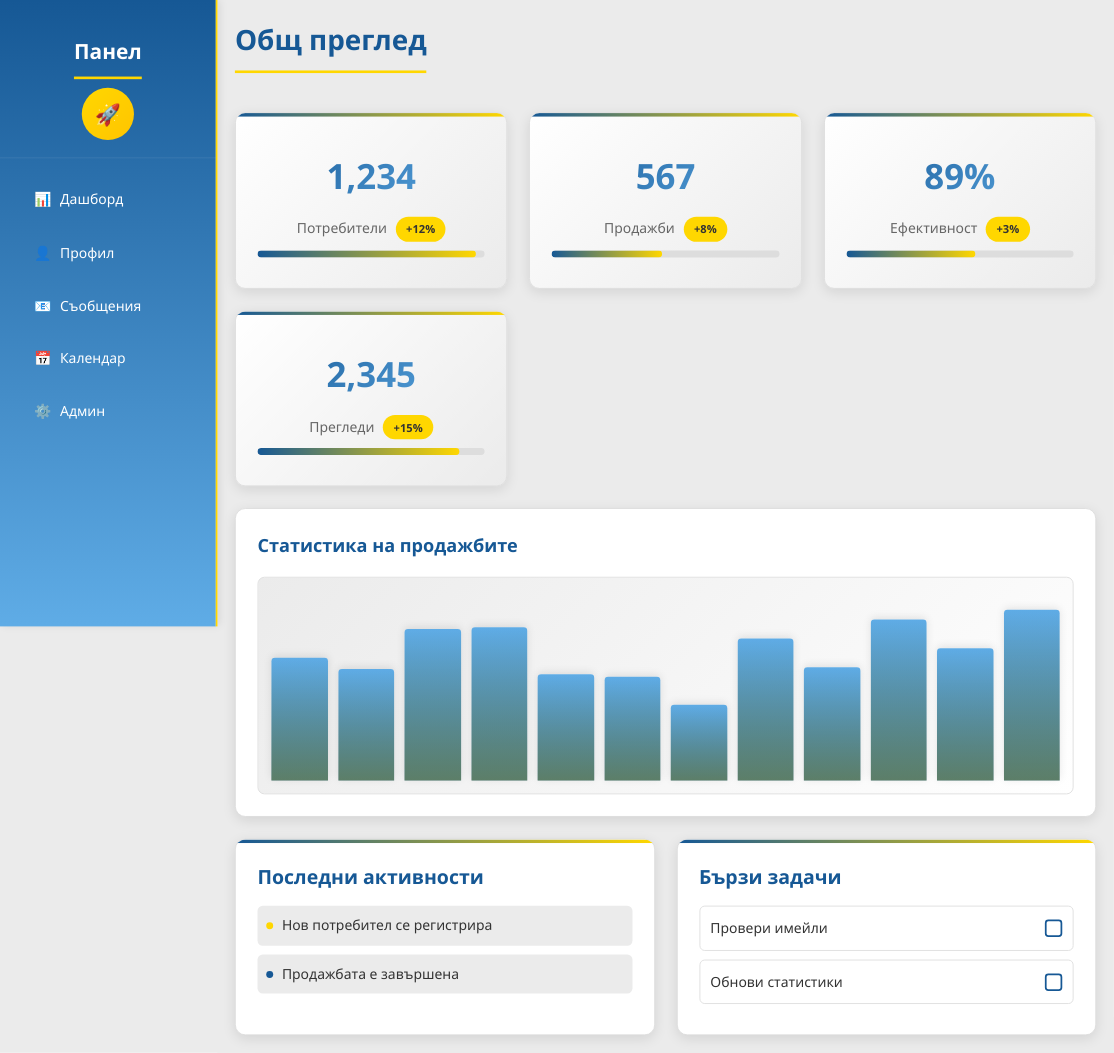
Repository: BorisSavianov/doxa-frontend
Page: /
An editor plug-in stored every save of this project. The page is shown before and after the next save, followed by the edit.
The browser window is 1280 px wide. The pictures show the whole page, at 87% of full size.
The project was rebuilt for these pictures with package versions that can differ from the ones it lists, and the page was loaded fresh each time. Also part of the build but not shown: vite.config.js, src/components/Layout/Header.jsx, src/pages/Profile.jsx, src/pages/Inbox.css, src/pages/Inbox.jsx, src/pages/Calendar.css, src/pages/Calendar.jsx, src/pages/Admin.jsx.

Above is the page before, as saved 2025-10-24 14:07:22.

### index.html
<!doctype html>
<html lang="en">
  <head>
    <meta charset="UTF-8" />
    <link rel="icon" type="image/svg+xml" href="/vite.svg" />
    <meta name="viewport" content="width=device-width, initial-scale=1.0" />
    <title>vtu</title>
  </head>
  <body>
    <div id="root"></div>
    <script type="module" src="/src/main.jsx"></script>
  </body>
</html>

### src/main.jsx
import React from 'react'
import ReactDOM from 'react-dom/client'
import { createBrowserRouter, RouterProvider } from 'react-router-dom'
import { ThemeProvider } from './contexts/ThemeContext'
import { LanguageProvider } from './contexts/LanguageContext'
import Layout from './components/Layout/Layout'
import Dashboard from './pages/Dashboard'
import Profile from './pages/Profile'
import Inbox from './pages/Inbox'
import Calendar from './pages/Calendar'
import Admin from './pages/Admin'
import './index.css'

const router = createBrowserRouter([
  {
    path: "/",
    element: <Layout />,
    children: [
      {
        index: true,
        element: <Dashboard />,
      },
      {
        path: "dashboard",
        element: <Dashboard />,
      },
      {
        path: "profile",
        element: <Profile />,
      },
      {
        path: "inbox",
        element: <Inbox />,
      },
      {
        path: "calendar",
        element: <Calendar />,
      },
      {
        path: "admin",
        element: <Admin />,
      },
    ],
  },
], {
  future: {
    v7_startTransition: true,
    v7_relativeSplatPath: true,
  },
});

function App() {
  return (
    <ThemeProvider>
      <LanguageProvider>
        <RouterProvider router={router} />
      </LanguageProvider>
    </ThemeProvider>
  )
}

ReactDOM.createRoot(document.getElementById('root')).render(
  <React.StrictMode>
    <App />
  </React.StrictMode>,
)

### src/contexts/LanguageContext.jsx
import React, { createContext, useContext, useState } from 'react'
import { useLocalStorage } from '../hooks/useLocalStorage'

const LanguageContext = createContext()

export const useLanguage = () => {
  const context = useContext(LanguageContext)
  if (!context) {
    throw new Error('useLanguage must be used within a LanguageProvider')
  }
  return context
}

export const LanguageProvider = ({ children }) => {
  const [isEnglish, setIsEnglish] = useLocalStorage('language', false)

  const toggleLanguage = () => {
    setIsEnglish(prev => !prev)
  }

  const t = (bg, en) => {
    return isEnglish ? en : bg
  }

  const value = {
    isEnglish,
    toggleLanguage,
    t
  }

  return (
    <LanguageContext.Provider value={value}>
      {children}
    </LanguageContext.Provider>
  )
}

// В LanguageContext.jsx, добави следния код в t функцията или създай нова:
const calendarLocales = {
  bg: {
    buttonText: {
      today: 'Днес',
      month: 'Месец',
      week: 'Седмица',
      day: 'Ден',
      list: 'Списък'
    },
    allDayText: 'Цял ден',
    noEventsText: 'Няма събития'
  },
  en: {
    buttonText: {
      today: 'Today',
      month: 'Month',
      week: 'Week',
      day: 'Day',
      list: 'List'
    },
    allDayText: 'All day',
    noEventsText: 'No events'
  }
}

// Актуализирай t функцията или добави нова:
const getCalendarLocale = () => {
  return isEnglish ? calendarLocales.en : calendarLocales.bg
}

### src/components/Layout/Layout.jsx
import React from 'react'
import { Outlet } from 'react-router-dom'
import { useTheme } from '../../contexts/ThemeContext'
import Header from './Header'
import Sidebar from './Sidebar'
import '../../styles/globals.css'

const Layout = () => {
  const { isDark } = useTheme()

  return (
    <div className={`app ${isDark ? 'dark' : 'light'}`}>
      <Sidebar />
      <div className="main-content">

        <Outlet />
      </div>
    </div>
  )
}

export default Layout

### src/pages/Dashboard.jsx
import React from 'react'
import { useLanguage } from '../contexts/LanguageContext'
import SimpleChart from '../components/Charts/SimpleChart'

const Dashboard = () => {
  const { t } = useLanguage()

  const stats = [
    { number: '1,234', label: t('Потребители', 'Users'), trend: '+12%' },
    { number: '567', label: t('Продажби', 'Sales'), trend: '+8%' },
    { number: '89%', label: t('Ефективност', 'Efficiency'), trend: '+3%' },
    { number: '2,345', label: t('Прегледи', 'Views'), trend: '+15%' }
  ]

  return (
    <div>
      <h2>{t('Общ преглед', 'Overview')}</h2>

      <div className="dashboard-grid">
        {stats.map((stat, index) => (
          <div key={index} className="card stat-card">
            <div className="stat-number">{stat.number}</div>
            <div className="stat-label">
              {stat.label}
              <span className="badge">{stat.trend}</span>
            </div>
            <div className="progress-bar">
              <div
                className="progress-fill"
                style={{ width: `${Math.random() * 60 + 40}%` }}
              ></div>
            </div>
          </div>
        ))}
      </div>

      <div className="chart-container">
        <h3>{t('Статистика на продажбите', 'Sales Statistics')}</h3>
        <SimpleChart />
      </div>

      <div className="dashboard-grid" style={{ marginTop: '25px' }}>
        <div className="card">
          <h3>{t('Последни активности', 'Recent Activities')}</h3>
          <div style={{ marginTop: '15px' }}>
            <div style={{ display: 'flex', alignItems: 'center', marginBottom: '10px', padding: '10px', background: 'var(--background)', borderRadius: '6px' }}>
              <div style={{ width: '8px', height: '8px', background: 'var(--accent)', borderRadius: '50%', marginRight: '10px' }}></div>
              <span>{t('Нов потребител се регистрира', 'New user registered')}</span>
            </div>
            <div style={{ display: 'flex', alignItems: 'center', marginBottom: '10px', padding: '10px', background: 'var(--background)', borderRadius: '6px' }}>
              <div style={{ width: '8px', height: '8px', background: 'var(--primary)', borderRadius: '50%', marginRight: '10px' }}></div>
              <span>{t('Продажбата е завършена', 'Sale completed')}</span>
            </div>
          </div>
        </div>

        <div className="card">
          <h3>{t('Бързи задачи', 'Quick Tasks')}</h3>
          <div style={{ marginTop: '15px' }}>
            <div style={{ display: 'flex', justifyContent: 'space-between', alignItems: 'center', marginBottom: '10px', padding: '12px', border: '1px solid var(--border)', borderRadius: '6px' }}>
              <span>{t('Провери имейли', 'Check emails')}</span>
              <div style={{ width: '20px', height: '20px', border: '2px solid var(--primary)', borderRadius: '4px' }}></div>
            </div>
            <div style={{ display: 'flex', justifyContent: 'space-between', alignItems: 'center', marginBottom: '10px', padding: '12px', border: '1px solid var(--border)', borderRadius: '6px' }}>
              <span>{t('Обнови статистики', 'Update statistics')}</span>
              <div style={{ width: '20px', height: '20px', border: '2px solid var(--primary)', borderRadius: '4px' }}></div>
            </div>
          </div>
        </div>
      </div>
    </div>
  )
}

export default Dashboard

### src/index.css
:root {
  font-family: Inter, system-ui, Avenir, Helvetica, Arial, sans-serif;
  line-height: 1.5;
  font-weight: 400;
}

body {
  margin: 0;
  display: flex;
  place-items: center;
  min-width: 320px;
  min-height: 100vh;
}

#root {
  width: 100%;
  margin: 0 auto;
}

### src/components/Layout/Sidebar.jsx
import React from 'react'
import { NavLink } from 'react-router-dom'
import { useLanguage } from '../../contexts/LanguageContext'

const Sidebar = () => {
  const { t } = useLanguage()

  const menuItems = [
    { path: '/dashboard', label: t('Дашборд', 'Dashboard'), icon: '📊' },
    { path: '/profile', label: t('Профил', 'Profile'), icon: '👤' },
    { path: '/inbox', label: t('Съобщения', 'Inbox'), icon: '📧' },
    { path: '/calendar', label: t('Календар', 'Calendar'), icon: '📅' },
    { path: '/admin', label: t('Админ', 'Admin'), icon: '⚙️' }
  ]

  return (
    <aside className="sidebar">
      <div style={{ padding: '20px', textAlign: 'center', borderBottom: '1px solid rgba(255,255,255,0.1)' }}>
        <h2 style={{ color: 'white', fontSize: '1.5rem', marginBottom: '10px' }}>
          {t('Панел', 'Panel')}
        </h2>
        <div style={{
          width: '60px',
          height: '60px',
          background: 'linear-gradient(135deg, var(--accent), #FFC400)',
          borderRadius: '50%',
          margin: '0 auto',
          display: 'flex',
          alignItems: 'center',
          justifyContent: 'center',
          fontSize: '1.5rem'
        }}>
          🚀
        </div>
      </div>

      <nav style={{ marginTop: '20px' }}>
        <ul>
          {menuItems.map((item) => (
            <li key={item.path}>
              <NavLink
                to={item.path}
                className={({ isActive }) => isActive ? 'active' : ''}
              >
                <span style={{ marginRight: '10px' }}>{item.icon}</span>
                {item.label}
              </NavLink>
            </li>
          ))}
        </ul>
      </nav>
    </aside>
  )
}

export default Sidebar

### src/components/Charts/SimpleChart.jsx
import React from 'react'

const SimpleChart = () => {
  const data = [65, 59, 80, 81, 56, 55, 40, 75, 60, 85, 70, 90]

  return (
    <div className="simple-chart">
      {data.map((value, index) => (
        <div
          key={index}
          className="chart-bar"
          style={{ height: `${value}%` }}
          title={`Value: ${value}`}
        />
      ))}
    </div>
  )
}

export default SimpleChart

### src/pages/Profile.css
.profile-page {
  min-height: calc(100vh - 100px);
  background: var(--background);
}

/* Profile Header */
.profile-header {
  position: relative;
  background: linear-gradient(135deg, var(--primary), var(--secondary));
  border-radius: 0 0 30px 30px;
  padding: 40px 20px 40px;
  margin-bottom: 30px;
  overflow: hidden;
}

.profile-background {
  position: absolute;
  top: 0;
  left: 0;
  right: 0;
  bottom: 0;
  background: url('data:[embedded picture, 159 characters]') bottom center no-repeat;
  background-size: cover;
}

.background-overlay {
  position: absolute;
  top: 0;
  left: 0;
  right: 0;
  bottom: 0;
  background: rgba(0, 0, 0, 0.1);
}

.profile-info {
  position: relative;
  z-index: 2;
  display: flex;
  justify-content: space-between;
  align-items: flex-start;
  max-width: 1200px;
  margin: 0 auto;
  gap: 30px;
}

.main-profile-section {
  display: flex;
  align-items: flex-start;
  gap: 30px;
  flex: 1;
}

/* Large Avatar */
.large-avatar-container {
  position: relative;
  margin-top: 60px;
  margin-right: 7px;
}

.large-profile-avatar {
  width: 250px;
  height: 250px;
  border-radius: 50%;
  border: 6px solid white;
  background: var(--surface);
  box-shadow: 0 15px 40px rgba(0, 0, 0, 0.3);
  object-fit: cover;
}

.avatar-edit-btn.large {
  position: absolute;
  bottom: 15px;
  right: 15px;
  width: 50px;
  height: 50px;
  border-radius: 50%;
  background: var(--accent);
  border: none;
  color: #333333;
  cursor: pointer;
  display: flex;
  align-items: center;
  justify-content: center;
  box-shadow: 0 6px 20px rgba(0, 0, 0, 0.3);
  transition: var(--transition);
  font-weight: bold;
}

.avatar-edit-btn.large:hover {
  background: #FFC400;
  transform: scale(1.1);
}

.profile-main-info {
  flex: 1;
  padding-top: 20px;
}

.name-title-section h1 {
  color: white;
  font-size: 2.8rem;
  margin-bottom: 8px;
  text-shadow: 2px 2px 4px rgba(0, 0, 0, 0.3);
  font-weight: 700;
}

.position {
  color: rgba(255, 255, 255, 0.95);
  font-size: 1.4rem;
  margin-bottom: 8px;
  font-weight: 500;
}

.university {
  color: rgba(255, 255, 255, 0.85);
  font-size: 1.2rem;
  margin-bottom: 25px;
  font-weight: 400;
}

/* Profile Stats */


.profile-actions {
  padding-top: 20px;
}

.edit-btn {
  background: var(--accent);
  color: #333333;
  font-weight: bold;
  padding: 12px 24px;
  font-size: 1rem;
}

/* Profile Content */
.profile-content {
  max-width: 1200px;
  margin: 0 auto;
  padding: 0 20px;
}

.profile-tabs {
  display: flex;
  gap: 10px;
  margin-bottom: 30px;
  border-bottom: 2px solid var(--border);
  padding-bottom: 10px;
}

.tab-btn {
  padding: 12px 24px;
  border: none;
  background: transparent;
  color: var(--textSecondary);
  font-weight: 500;
  border-radius: 8px 8px 0 0;
  cursor: pointer;
  transition: var(--transition);
  position: relative;
}

.tab-btn:hover {
  color: var(--primary);
  background: rgba(22, 88, 149, 0.1);
}

.tab-btn.active {
  color: var(--primary);
  font-weight: 600;
}

.tab-btn.active::after {
  content: '';
  position: absolute;
  bottom: -12px;
  left: 0;
  right: 0;
  height: 3px;
  background: var(--primary);
  border-radius: 2px;
}

/* Overview Content */
.grid-layout {
  display: grid;
  grid-template-columns: repeat(auto-fit, minmax(350px, 1fr));
  gap: 25px;
}

.info-card {
  background: var(--surface);
  padding: 25px;
  border-radius: 16px;
  box-shadow: 0 4px 20px rgba(0, 0, 0, 0.1);
  border: 1px solid var(--border);
  transition: var(--transition);
}

.info-card:hover {
  transform: translateY(-5px);
  box-shadow: 0 8px 30px rgba(0, 0, 0, 0.15);
}

.info-card h3 {
  color: var(--primary);
  margin-bottom: 20px;
  font-size: 1.3rem;
  border-bottom: 2px solid var(--accent);
  padding-bottom: 10px;
}

.info-list {
  display: flex;
  flex-direction: column;
  gap: 15px;
}

.info-item {
  display: flex;
  align-items: center;
  gap: 12px;
  color: var(--text);
}

.info-item svg {
  color: var(--primary);
  flex-shrink: 0;
}

.bio-text {
  line-height: 1.6;
  color: var(--text);
  font-size: 1rem;
}

/* Education Preview */
.education-preview {
  display: flex;
  flex-direction: column;
  gap: 15px;
}

.edu-preview-item {
  display: flex;
  align-items: flex-start;
  gap: 12px;
  padding: 15px;
  background: var(--background);
  border-radius: 12px;
  border: 1px solid var(--border);
  transition: var(--transition);
}

.edu-preview-item:hover {
  transform: translateX(5px);
  border-color: var(--primary);
}

.edu-preview-icon {
  width: 40px;
  height: 40px;
  border-radius: 50%;
  background: linear-gradient(135deg, var(--primary), var(--secondary));
  display: flex;
  align-items: center;
  justify-content: center;
  color: white;
  flex-shrink: 0;
}

.edu-preview-details {
  flex: 1;
}

.edu-preview-degree {
  font-weight: 600;
  color: var(--text);
  margin-bottom: 4px;
  font-size: 0.95rem;
}

.edu-preview-university {
  color: var(--textSecondary);
  font-size: 0.85rem;
  margin-bottom: 6px;
}

.edu-preview-meta {
  display: flex;
  justify-content: space-between;
  align-items: center;
  flex-wrap: wrap;
  gap: 8px;
}

.edu-period {
  font-size: 0.8rem;
  color: var(--textSecondary);
  background: rgba(22, 88, 149, 0.1);
  padding: 2px 8px;
  border-radius: 8px;
}

.edu-grade {
  font-size: 0.8rem;
  font-weight: 600;
  color: var(--accent);
  background: rgba(255, 215, 0, 0.1);
  padding: 2px 8px;
  border-radius: 8px;
}

/* Experience Timeline */
.timeline {
  position: relative;
  max-width: 800px;
}

.timeline::before {
  content: '';
  position: absolute;
  left: 30px;
  top: 0;
  bottom: 0;
  width: 2px;
  background: var(--primary);
}

.timeline-item {
  display: flex;
  gap: 20px;
  margin-bottom: 30px;
  position: relative;
}

.timeline-marker {
  width: 60px;
  height: 60px;
  border-radius: 50%;
  background: linear-gradient(135deg, var(--primary), var(--secondary));
  display: flex;
  align-items: center;
  justify-content: center;
  color: white;
  flex-shrink: 0;
  box-shadow: 0 4px 12px rgba(0, 0, 0, 0.2);
  z-index: 2;
}

.timeline-content {
  flex: 1;
  background: var(--surface);
  padding: 25px;
  border-radius: 16px;
  box-shadow: 0 4px 20px rgba(0, 0, 0, 0.1);
  border: 1px solid var(--border);
}

.timeline-content h4 {
  color: var(--primary);
  margin-bottom: 8px;
  font-size: 1.2rem;
}

.company-period {
  display: flex;
  justify-content: space-between;
  align-items: center;
  margin-bottom: 12px;
  flex-wrap: wrap;
  gap: 10px;
}

.period {
  background: var(--accent);
  color: #333333;
  padding: 4px 12px;
  border-radius: 12px;
  font-size: 0.8rem;
  font-weight: bold;
}

.description {
  color: var(--textSecondary);
  line-height: 1.6;
}

/* Edit Modal */
.edit-modal-overlay {
  position: fixed;
  top: 0;
  left: 0;
  right: 0;
  bottom: 0;
  background: rgba(0, 0, 0, 0.7);
  display: flex;
  justify-content: center;
  align-items: center;
  z-index: 1000;
  backdrop-filter: blur(5px);
}

.edit-modal {
  background: var(--surface);
  border-radius: 20px;
  width: 90%;
  max-width: 600px;
  max-height: 80vh;
  overflow-y: auto;
  box-shadow: 0 25px 50px rgba(0, 0, 0, 0.3);
  border: 2px solid var(--accent);
}

.modal-header {
  display: flex;
  justify-content: space-between;
  align-items: center;
  padding: 25px 30px;
  border-bottom: 1px solid var(--border);
}

.modal-header h3 {
  color: var(--primary);
  margin: 0;
}

.close-btn {
  background: none;
  border: none;
  font-size: 2rem;
  color: var(--textSecondary);
  cursor: pointer;
  width: 40px;
  height: 40px;
  display: flex;
  align-items: center;
  justify-content: center;
  border-radius: 50%;
  transition: var(--transition);
}

.close-btn:hover {
  background: var(--background);
  color: var(--error);
}

.modal-body {
  padding: 25px 30px;
}

.form-grid {
  display: grid;
  grid-template-columns: 1fr 1fr;
  gap: 20px;
}

.form-group {
  display: flex;
  flex-direction: column;
}

.form-group.full-width {
  grid-column: 1 / -1;
}

.form-group label {
  margin-bottom: 8px;
  font-weight: 600;
  color: var(--text);
}

.form-input,
.form-textarea {
  padding: 12px 15px;
  border: 2px solid var(--border);
  border-radius: 8px;
  background: var(--background);
  color: var(--text);
  font-size: 1rem;
  transition: var(--transition);
  font-family: inherit;
}

.form-input:focus,
.form-textarea:focus {
  outline: none;
  border-color: var(--primary);
  box-shadow: 0 0 0 3px rgba(22, 88, 149, 0.1);
}

.form-textarea {
  resize: vertical;
  min-height: 100px;
}

.modal-footer {
  display: flex;
  justify-content: flex-end;
  gap: 15px;
  padding: 20px 30px;
  border-top: 1px solid var(--border);
  background: var(--background);
}

/* Responsive Design */
@media (max-width: 1024px) {
  .profile-info {
    flex-direction: column;
    align-items: center;
    text-align: center;
    gap: 20px;
  }

  .main-profile-section {
    flex-direction: column;
    align-items: center;
    gap: 20px;
  }

  .large-avatar-container {
    margin-top: -80px;
  }

  .profile-stats {
    justify-content: center;
  }

  .grid-layout {
    grid-template-columns: 1fr;
  }
}

@media (max-width: 768px) {
  .profile-header {
    padding: 30px 15px 40px;
  }

  .large-profile-avatar {
    width: 150px;
    height: 150px;
  }

  .name-title-section h1 {
    font-size: 2.2rem;
  }

  .profile-stats {
    flex-wrap: wrap;
    gap: 20px;
  }

  .stat-item {
    min-width: 80px;
  }

  .profile-tabs {
    overflow-x: auto;
    padding-bottom: 5px;
  }

  .tab-btn {
    white-space: nowrap;
  }

  .form-grid {
    grid-template-columns: 1fr;
  }
}

/* Animation enhancements */
@keyframes fadeInUp {
  from {
    opacity: 0;
    transform: translateY(30px);
  }
  to {
    opacity: 1;
    transform: translateY(0);
  }
}

Loaded but not shown: src/contexts/ThemeContext.js (31 lines, source omitted); src/hooks/useLocalStorage.js (24 lines, source omitted); src/styles/globals.css (337 lines, source omitted)

After the next save:
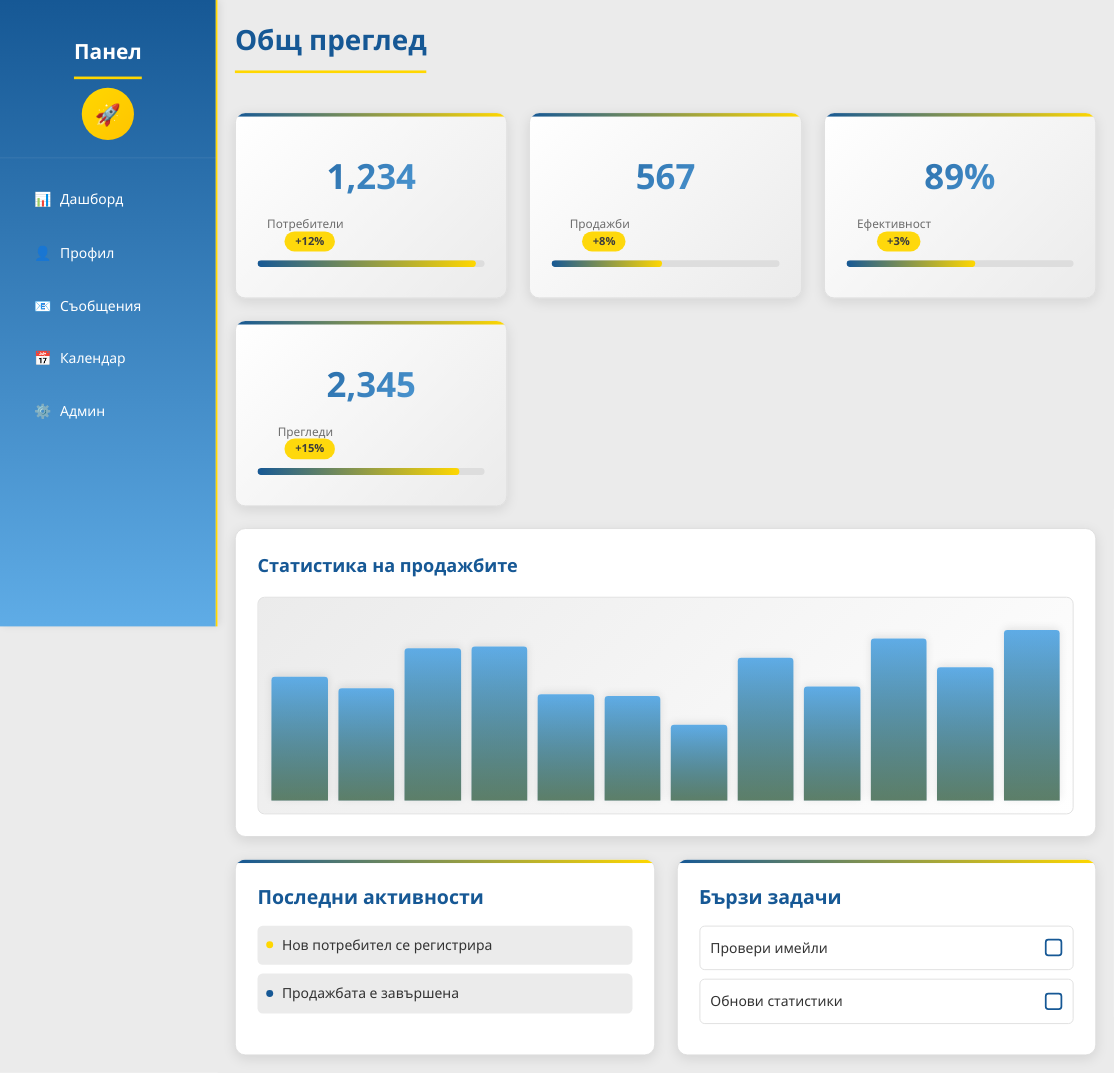
Saved 12 s later.
--- a/src/pages/Profile.css
+++ b/src/pages/Profile.css
@@ -119,7 +119,45 @@
 }
 
 /* Profile Stats */
-
+.profile-stats {
+  display: flex;
+  gap: 30px; /* Променено от 40px на 30px */
+  margin-top: 15px; /* Променено от 20px на 15px */
+}
+
+.stat-item {
+  text-align: center;
+  color: white;
+  min-width: 90px; /* Променено от 100px на 90px */
+}
+
+.stat-icon-wrapper {
+  width: 50px; /* Променено от 60px на 50px */
+  height: 50px; /* Променено от 60px на 50px */
+  border-radius: 50%;
+  background: rgba(255, 255, 255, 0.2);
+  display: flex;
+  align-items: center;
+  justify-content: center;
+  margin: 0 auto 10px; /* Променено от 12px на 10px */
+  backdrop-filter: blur(10px);
+  border: 2px solid rgba(255, 255, 255, 0.3);
+}
+
+.stat-value {
+  font-size: 1.7rem; /* Променено от 2rem на 1.7rem */
+  font-weight: bold;
+  margin: 6px 0 3px; /* Променено от 8px 0 4px на 6px 0 3px */
+  text-shadow: 1px 1px 2px rgba(0, 0, 0, 0.3);
+}
+
+.stat-label {
+  font-size: 0.85rem; /* Променено от 0.9rem на 0.85rem */
+  opacity: 0.95;
+  font-weight: 500;
+  max-width: 110px; /* Променено от 120px на 110px */
+  line-height: 1.2;
+}
 
 .profile-actions {
   padding-top: 20px;
